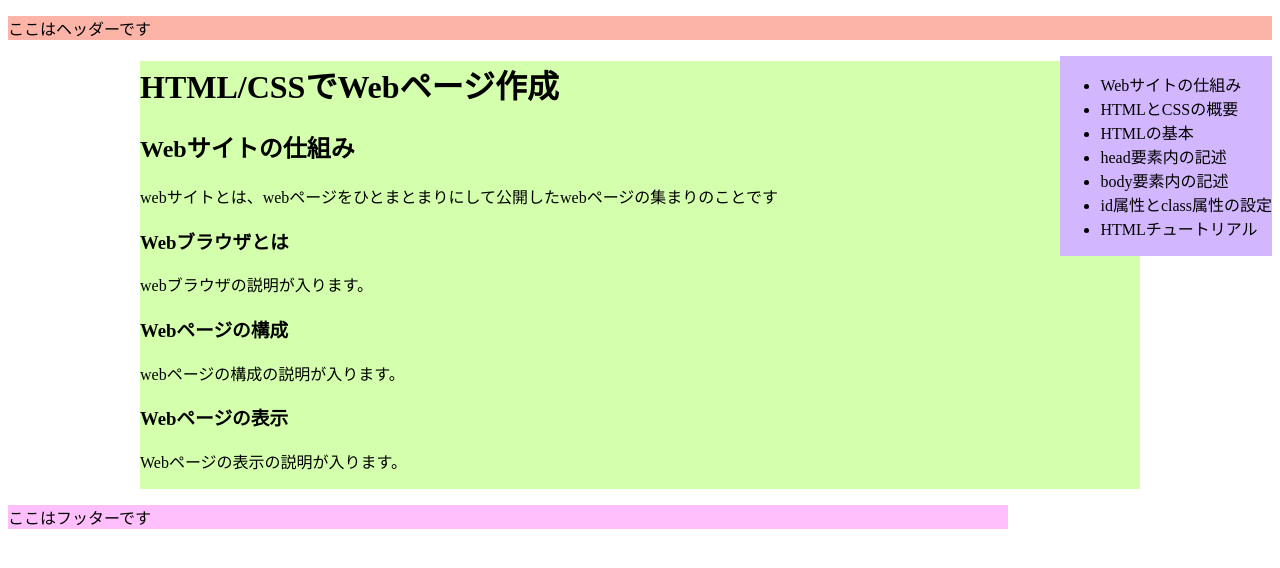
Repository: tak-hs/first-git
Page: kadai-html.html
The author's editor kept a record of every edit. The page is drawn from the files as they stood at one moment, then again after the next edit.
The browser window is 1280 px wide. The pictures show the whole page.

Above is the page before.

### kadai-html.html
<!DOCTYPE html>
<html lang="ja">
    <head>
        <meta charset="utf-8">
        <title>HTML/CSSでWebページ作成</title>
        <link rel="stylesheet" href="./kadai-css.css">
    </head>
    <body>
        <header>
            <p>ここはヘッダーです</p>
            <nav id="global_navi">
                <ul>
                    <li>Webサイトの仕組み</li>
                    <li>HTMLとCSSの概要</li>
                    <li>HTMLの基本</li>
                    <li>head要素内の記述</li>
                    <li>body要素内の記述</li>
                    <li>id属性とclass属性の設定</li>
                    <li>HTMLチュートリアル</li>
                </ul>
        </header>
        <div id="wrapper"  class="clearfix">
            <div id="main">
              <h1>HTML/CSSでWebページ作成</h1>
              <h2>Webサイトの仕組み</h2>
              <p>webサイトとは、webページをひとまとまりにして公開したwebページの集まりのことです</p>

              <nav id="menu">
                <h3>Webブラウザとは</h3>
                <p>webブラウザの説明が入ります。</p>

                <h3>Webページの構成</h3>
                <p>webページの構成の説明が入ります。</p>

                <h3>Webページの表示</h3>
                <p>Webページの表示の説明が入ります。</p>
              </nav>

            </div>
        </div>

        <footer>
            <p>ここはフッターです</p>
        </footer>

    </body>
</html>

### kadai-css.css
@charset "UTF-8";

header{
    background-color:#ffcccc;
}

header p{

    background-color: #fcb4a9;
}

#global_navi{
    float:right;
    margin:0 auto;
    background-color:#d2b7ff;
}

#wrapper{
    width:1000px;
    margin:0 auto;
    margin-bottom:0;
    background-color: #d4ffad;
}

.clearfix::after {
    content: '';
    display: block;
    clear: both;
}

footer{
    width:1000px;
    margin-top:0;
    background-color: #ffbffc;
}

After the next edit:
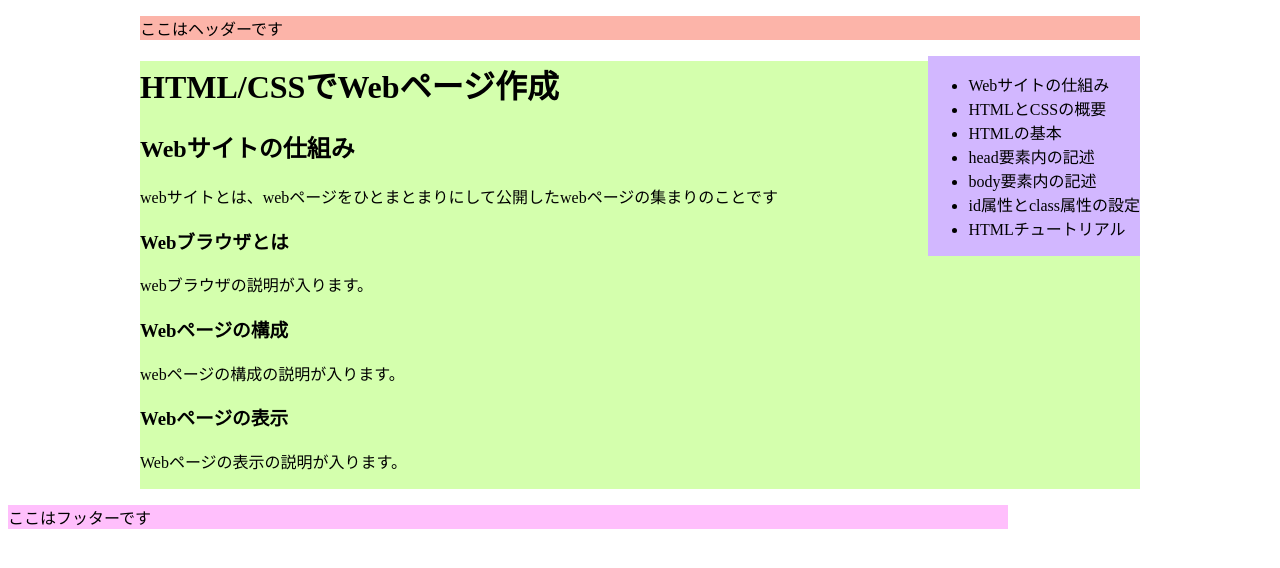
The edit:
--- a/kadai-css.css
+++ b/kadai-css.css
@@ -1,6 +1,8 @@
 @charset "UTF-8";
 
 header{
+    width:1000px;
+    margin:0 auto;
     background-color:#ffcccc;
 }
 
